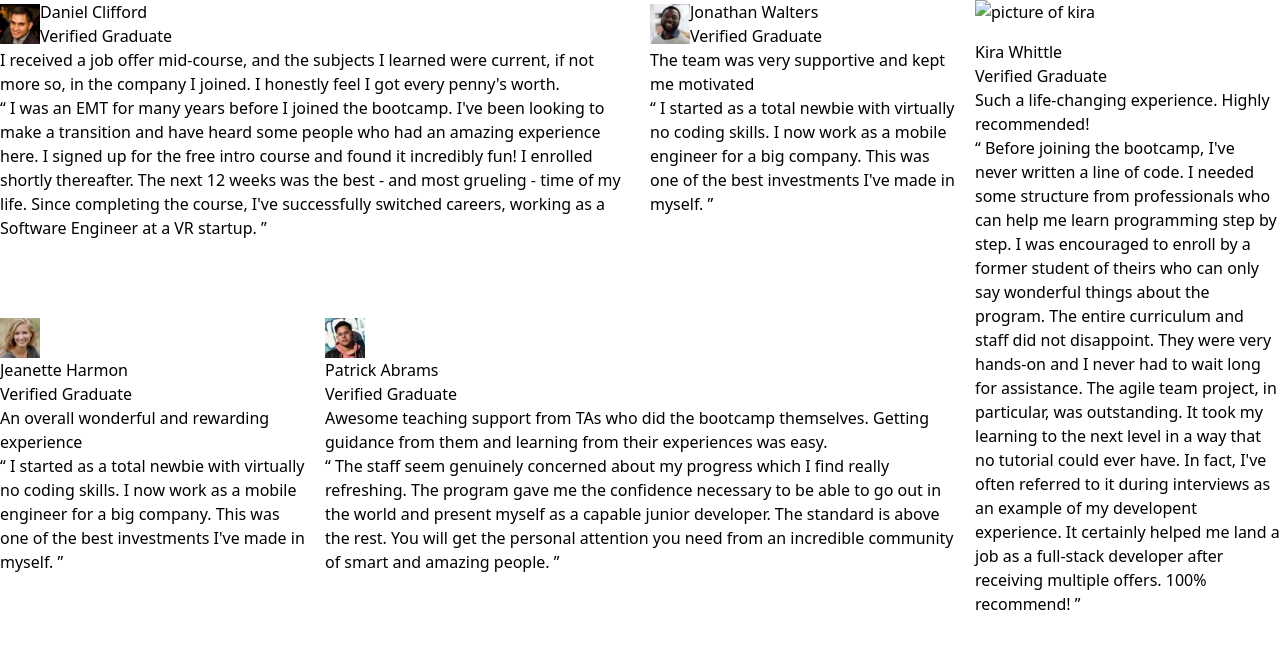
Repository: DiyBookOfLife/ps-FrontendMentor
Page: index.html
These files come from the project's save history. The page is drawn as it stood at one moment and after the next save; the edit follows.
The browser window is 1280 px wide. The pictures show the whole page.
Some web libraries are served in a nearby version.

Above is the page before, as saved 2026-01-02 13:36:04.

### index.html
<!DOCTYPE html>
<html lang="en">

<head>
  <meta charset="UTF-8">
  <meta name="viewport" content="width=device-width, initial-scale=1.0">
  <!-- displays site properly based on user's device -->

  <link rel="icon" type="image/png" sizes="32x32" href="./images/favicon-32x32.png">

  <title>Frontend Mentor | [Challenge Name Here]</title>

  <link rel="preconnect" href="https://fonts.googleapis.com">
  <link rel="preconnect" href="https://fonts.gstatic.com" crossorigin>
  <link href="https://fonts.googleapis.com/css2?family=Barlow+Semi+Condensed:ital,wght@0,100;0,200;0,300;0,400;0,500;0,600;0,700;0,800;0,900;1,100;1,200;1,300;1,400;1,500;1,600;1,700;1,800;1,900&display=swap" rel="stylesheet">

  <!-- <link rel="stylesheet" href="./styles.css"> -->
  <script src="https://cdn.tailwindcss.com"></script>
</head>

<body>
  <main>
    <section class="grid grid-cols-4 grid-rows-2 gap-[20px]">
      <div class="col-start-1 col-end-3">
        <div class="flex items-center">
          <img class="h-[40px]" src="./images/image-daniel.jpg" alt="picture of daniel">
          <div class="flex flex-col justify-center">
            <div>Daniel Clifford</div>
            <div>Verified Graduate</div>
          </div>
        </div>

        <p>
          I received a job offer mid-course, and the subjects I learned were current, if not more so,
          in the company I joined. I honestly feel I got every penny's worth.
        </p>

        <p>
          “ I was an EMT for many years before I joined the bootcamp. I've been looking to make a
          transition and have heard some people who had an amazing experience here. I signed up
          for the free intro course and found it incredibly fun! I enrolled shortly thereafter.
          The next 12 weeks was the best - and most grueling - time of my life. Since completing
          the course, I've successfully switched careers, working as a Software Engineer at a VR startup. ”
        </p>
      </div>

      <div class="col-start-3 col-end-4">
        <div class="col-start-1 col-end-3">
        <div class="flex items-center">
          <img class="h-[40px] src=" src="/images/image-jonathan.jpg" alt="picture of jonathan">
          <div class="flex flex-col justify-center">
            <div>Jonathan Walters</div>
            <div>Verified Graduate</div>
          </div>
        </div>
        </div>

        <p>
          The team was very supportive and kept me motivated
        </p>

        <p>
          “ I started as a total newbie with virtually no coding skills. I now work as a mobile engineer
          for a big company. This was one of the best investments I've made in myself. ”
        </p>
      </div>



      <div class="card" id="jeanette_card">
        <div class="col-start-1 col-end-3">
          <img class="h-[40px]" src="./images/image-jeanette.jpg" alt="picture of jeanette">
          <div class="flex flex-col justify-center">
            <div>Jeanette Harmon</div>
            <div>Verified Graduate</div>
          </div>
        </div>

        <p>
          An overall wonderful and rewarding experience
        </p>

        <p>
          “ I started as a total newbie with virtually no coding skills. I now work as a mobile engineer
          for a big company. This was one of the best investments I've made in myself. ”
        </p>
      </div>


      <div class="col-start-2 col-end-4">
        <div class="col-start-1 col-end-3">
          <img class="h-[40px]" src="./images/image-patrick.jpg" alt="picture of patrick">
          <div class="flex flex-col justify-center">
            <div>Patrick Abrams</div>
            <div>Verified Graduate</div>
          </div>
        </div>

        <p>
          Awesome teaching support from TAs who did the bootcamp themselves. Getting guidance from them and
          learning from their experiences was easy.
        </p>

        <p>
          “ The staff seem genuinely concerned about my progress which I find really refreshing. The program
          gave me the confidence necessary to be able to go out in the world and present myself as a capable
          junior developer. The standard is above the rest. You will get the personal attention you need from
          an incredible community of smart and amazing people. ”
        </p>
      </div>



      <div class="col-start-4 col-end-5 row-start-1 row-end-3">
        <div class="profile">
          <img class="h-[40px] src="./images/image-kira.jpg" alt="picture of kira">
          <div>
            <div>Kira Whittle</div>
            <div>Verified Graduate</div>
          </div>
        </div>

        <p>
          Such a life-changing experience. Highly recommended!
        </p>

        <p>
          “ Before joining the bootcamp, I've never written a line of code. I needed some structure from
          professionals who can help me learn programming step by step. I was encouraged to enroll by a former
          student of theirs who can only say wonderful things about the program. The entire curriculum and staff
          did not disappoint. They were very hands-on and I never had to wait long for assistance. The agile team
          project, in particular, was outstanding. It took my learning to the next level in a way that no tutorial
          could ever have. In fact, I've often referred to it during interviews as an example of my developent
          experience. It certainly helped me land a job as a full-stack developer after receiving multiple offers.
          100% recommend! ”
        </p>
      </div>

    </section>
  </main>
</body>

</html>

After the next save:
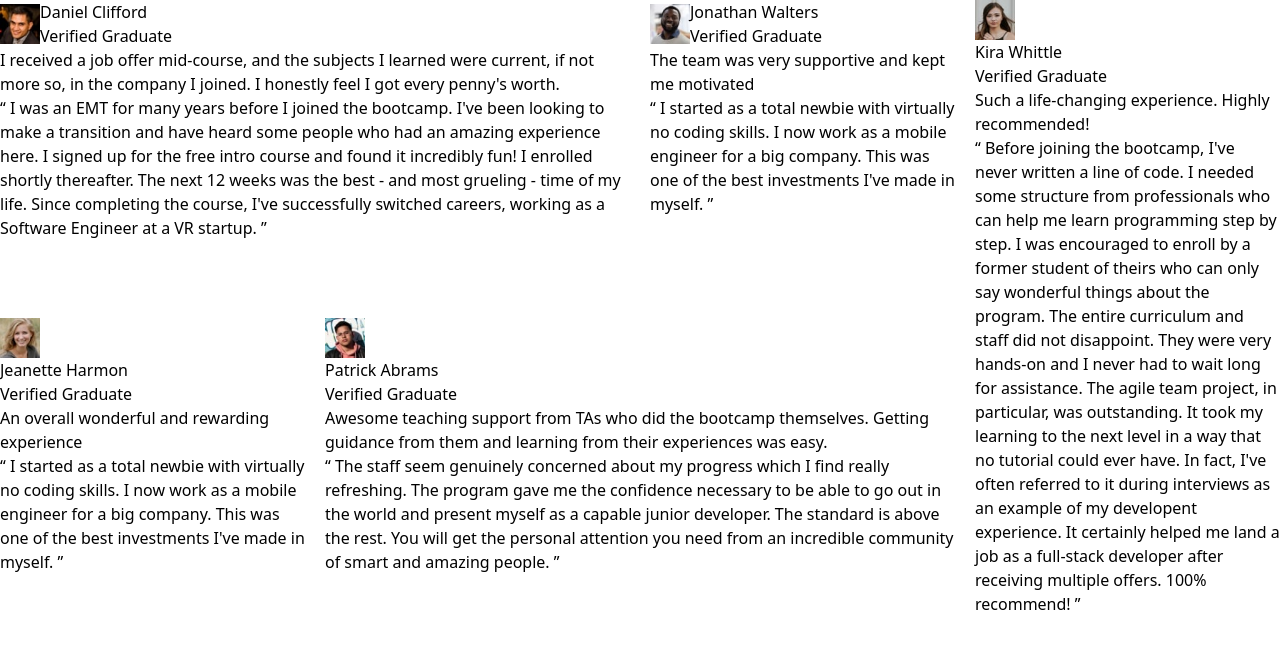
Saved 13 s later.
--- a/index.html
+++ b/index.html
@@ -113,7 +113,7 @@
 
       <div class="col-start-4 col-end-5 row-start-1 row-end-3">
         <div class="profile">
-          <img class="h-[40px] src="./images/image-kira.jpg" alt="picture of kira">
+          <img class="h-[40px]" src="./images/image-kira.jpg" alt="picture of kira">
           <div>
             <div>Kira Whittle</div>
             <div>Verified Graduate</div>
